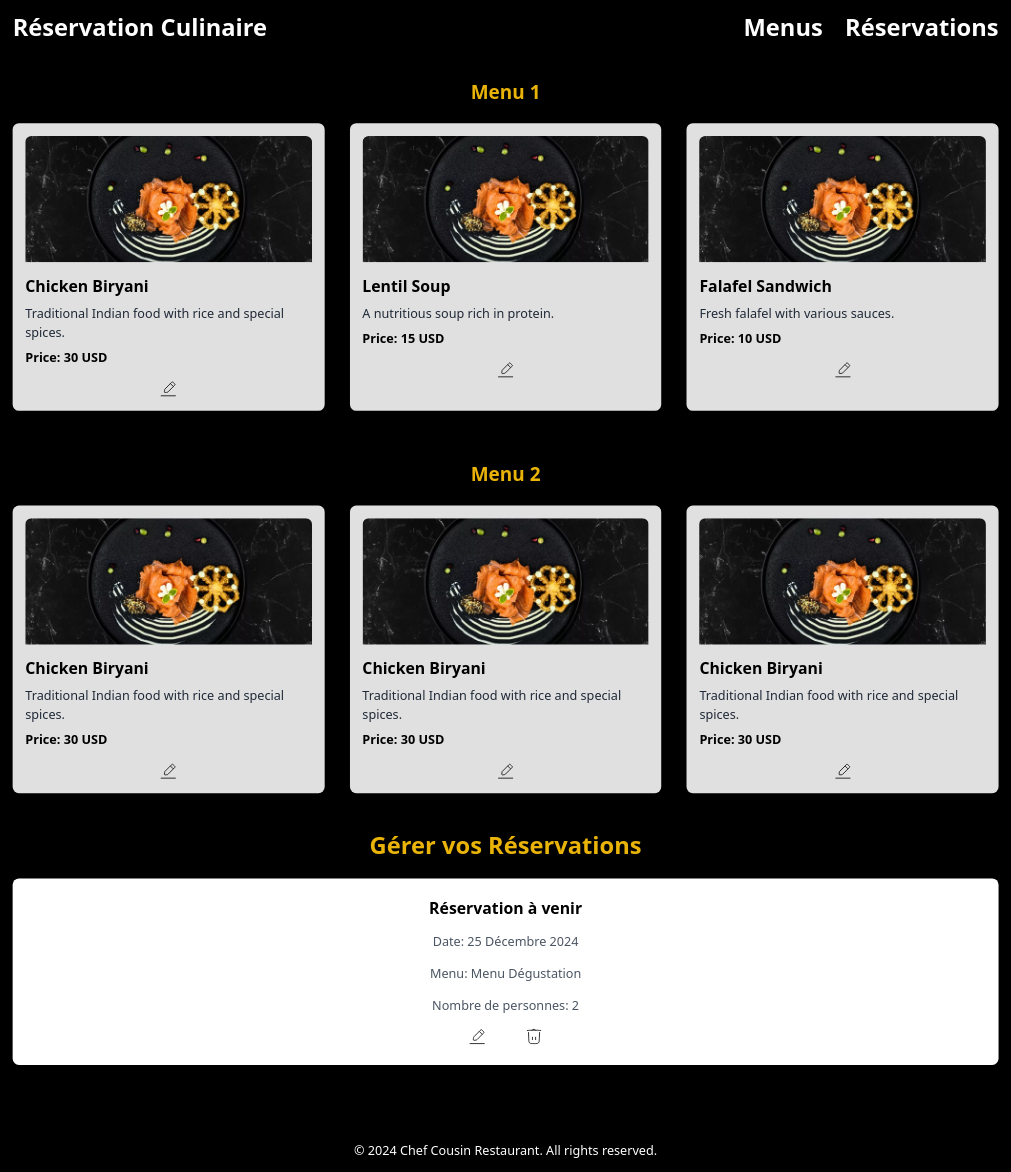
Repository: HamzaChehlaoui/Site-Web-pour-un-Chef-Cuisinier
Page: http://localhost/menuutil.php
The author's editor kept a copy of each file at every save. The page is drawn from the files as they stood at one save, then again after the next save.
The browser window is 1280 px wide. The pictures show the whole page, at 79% of full size.
Some web libraries are served in a nearby version. The page is run by PHP 8.4 with error messages shown; the project is at /var/www/html/.

Above is the page before, as saved 2024-12-18 17:07:05.

### menuutil.php
<!DOCTYPE html>
<html lang="fr">
<head>
    <meta charset="UTF-8">
    <meta name="viewport" content="width=device-width, initial-scale=1.0">
    <title>Réservation d'Expérience Culinaire</title>
    <script src="https://cdn.tailwindcss.com"></script></head>
<body class="bg-black font-sans">

    <!-- Navbar -->
    <header class="bg-black text-white p-4">
        <div class="max-w-7xl mx-auto flex justify-between items-center">
            <h1 class="text-3xl font-bold ">Réservation Culinaire</h1>
            <nav class="space-x-6">
                <a href="#menus" class="hover:text-gray-300 text-3xl font-bold">Menus</a>
                <a href="#reservations" class="hover:text-gray-300 text-3xl font-bold">Réservations</a>
            </nav>
        </div>
    </header>

    <!-- Menu Section -->
    <section class="py-8">
        <div class="container mx-auto px-4">
            <h2 class="text-2xl font-semibold mb-6 text-center text-yellow-500">Menu 1</h2>
            <div class="grid grid-cols-1 sm:grid-cols-2 lg:grid-cols-3 gap-8">
                <!-- Dish 1 -->
                <div class="bg-[#E0E0E0] p-4 rounded-lg shadow-lg hover:shadow-xl hover:bg-[#E0E0E0] transition duration-300">
                    <img src="zalmbloem-met-roomkaas_hr-4.webp" alt="Dish 1" class="w-full h-40 object-cover rounded-t-lg">
                    <h3 class="text-xl font-semibold mt-4 text-black">Chicken Biryani</h3>
                    <p class="text-gray-800 mt-2">Traditional Indian food with rice and special spices.</p>
                    <p class="mt-2 font-bold text-black">Price: 30 USD</p>
                      <!-- Edit and Delete buttons -->
                    <div class="mt-4 flex justify-center">
                    <svg width="24" height="24" viewBox="0 0 24 24" fill="none" xmlns="http://www.w3.org/2000/svg">
                    <path d="M15.7734 4.42255L8.01924 12.2706C7.79291 12.4996 7.67974 12.6142 7.60917 12.7552C7.53859 12.8961 7.51521 13.0544 7.46845 13.3709L7.30803 14.4566C7.12534 15.693 7.034 16.3112 7.40145 16.6645C7.7689 17.0178 8.39306 16.9118 9.64137 16.6999L10.7375 16.5139C11.0571 16.4596 11.2168 16.4325 11.3579 16.3593C11.499 16.2861 11.6121 16.1715 11.8385 15.9425L19.5927 8.09446C20.2553 7.42379 20.5866 7.08846 20.5814 6.67712C20.5761 6.26578 20.2363 5.93906 19.5566 5.28563L18.6209 4.38599C17.9412 3.73256 17.6014 3.40584 17.1844 3.4112C16.7674 3.41655 16.4361 3.75188 15.7734 4.42255Z" stroke="black" stroke-width="null" class="my-path"></path>
                    <path d="M18.3329 9.22206L14.7773 5.6665" stroke="black" stroke-width="null" class="my-path"></path>
                    <path d="M21 21H3" stroke="black" stroke-width="null" stroke-linecap="round" class="my-path"></path>
                    </svg>

                    </div>
                </div>
                <!-- Dish 2 -->
                <div class="bg-[#E0E0E0] p-4 rounded-lg shadow-lg hover:shadow-xl hover:bg-[#E0E0E0] transition duration-300">
                    <img src="zalmbloem-met-roomkaas_hr-4.webp" alt="Dish 2" class="w-full h-40 object-cover rounded-t-lg">
                    <h3 class="text-xl font-semibold mt-4 text-black">Lentil Soup</h3>
                    <p class="text-gray-800 mt-2">A nutritious soup rich in protein.</p>
                    <p class="mt-2 font-bold text-black">Price: 15 USD</p>
                      <!-- Edit and Delete buttons -->
                    <div class="mt-4 flex justify-center">
                    <svg width="24" height="24" viewBox="0 0 24 24" fill="none" xmlns="http://www.w3.org/2000/svg">
                    <path d="M15.7734 4.42255L8.01924 12.2706C7.79291 12.4996 7.67974 12.6142 7.60917 12.7552C7.53859 12.8961 7.51521 13.0544 7.46845 13.3709L7.30803 14.4566C7.12534 15.693 7.034 16.3112 7.40145 16.6645C7.7689 17.0178 8.39306 16.9118 9.64137 16.6999L10.7375 16.5139C11.0571 16.4596 11.2168 16.4325 11.3579 16.3593C11.499 16.2861 11.6121 16.1715 11.8385 15.9425L19.5927 8.09446C20.2553 7.42379 20.5866 7.08846 20.5814 6.67712C20.5761 6.26578 20.2363 5.93906 19.5566 5.28563L18.6209 4.38599C17.9412 3.73256 17.6014 3.40584 17.1844 3.4112C16.7674 3.41655 16.4361 3.75188 15.7734 4.42255Z" stroke="black" stroke-width="null" class="my-path"></path>
                    <path d="M18.3329 9.22206L14.7773 5.6665" stroke="black" stroke-width="null" class="my-path"></path>
                    <path d="M21 21H3" stroke="black" stroke-width="null" stroke-linecap="round" class="my-path"></path>
                    </svg>

                    </div>
                </div>
                <!-- Dish 3 -->
                <div class="bg-[#E0E0E0] p-4 rounded-lg shadow-lg hover:shadow-xl hover:bg-[#E0E0E0] transition duration-300">
                    <img src="zalmbloem-met-roomkaas_hr-4.webp" alt="Dish 3" class="w-full h-40 object-cover rounded-t-lg">
                    <h3 class="text-xl font-semibold mt-4 text-black">Falafel Sandwich</h3>
                    <p class="text-gray-800 mt-2">Fresh falafel with various sauces.</p>
                    <p class="mt-2 font-bold text-black">Price: 10 USD</p>
                       <!-- Edit and Delete buttons -->
                    <div class="mt-4 flex justify-center">
                        <!-- edit  -->
                    <svg width="24" height="24" viewBox="0 0 24 24" fill="none" xmlns="http://www.w3.org/2000/svg">
                    <path d="M15.7734 4.42255L8.01924 12.2706C7.79291 12.4996 7.67974 12.6142 7.60917 12.7552C7.53859 12.8961 7.51521 13.0544 7.46845 13.3709L7.30803 14.4566C7.12534 15.693 7.034 16.3112 7.40145 16.6645C7.7689 17.0178 8.39306 16.9118 9.64137 16.6999L10.7375 16.5139C11.0571 16.4596 11.2168 16.4325 11.3579 16.3593C11.499 16.2861 11.6121 16.1715 11.8385 15.9425L19.5927 8.09446C20.2553 7.42379 20.5866 7.08846 20.5814 6.67712C20.5761 6.26578 20.2363 5.93906 19.5566 5.28563L18.6209 4.38599C17.9412 3.73256 17.6014 3.40584 17.1844 3.4112C16.7674 3.41655 16.4361 3.75188 15.7734 4.42255Z" stroke="black" stroke-width="null" class="my-path"></path>
                    <path d="M18.3329 9.22206L14.7773 5.6665" stroke="black" stroke-width="null" class="my-path"></path>
                    <path d="M21 21H3" stroke="black" stroke-width="null" stroke-linecap="round" class="my-path"></path>
                    </svg>
                    </div>
                </div>
                </div>
            </div>
        </div>
         <!-- /* From Uiverse.io by OnCloud125252 */  -->

    </section>
    <section class="py-8">
        <div class="container mx-auto px-4">
            <h2 class="text-2xl font-semibold mb-6 text-center text-yellow-500">Menu 2</h2>
            <div class="grid grid-cols-1 sm:grid-cols-2 lg:grid-cols-3 gap-8">
                <!-- Repeat the dishes here with Edit and Delete buttons -->
                <div class="bg-[#E0E0E0] p-4 rounded-lg shadow-lg hover:shadow-xl hover:bg-[#E0E0E0] transition duration-300">
                    <img src="zalmbloem-met-roomkaas_hr-4.webp" alt="Dish 1" class="w-full h-40 object-cover rounded-t-lg">
                    <h3 class="text-xl font-semibold mt-4 text-black">Chicken Biryani</h3>
                    <p class="text-gray-800 mt-2">Traditional Indian food with rice and special spices.</p>
                    <p class="mt-2 font-bold text-black">Price: 30 USD</p>
                      <!-- Edit and Delete buttons -->
                    <div class="mt-4 flex justify-center">
                        <!-- edit  -->
                    <svg width="24" height="24" viewBox="0 0 24 24" fill="none" xmlns="http://www.w3.org/2000/svg">
                    <path d="M15.7734 4.42255L8.01924 12.2706C7.79291 12.4996 7.67974 12.6142 7.60917 12.7552C7.53859 12.8961 7.51521 13.0544 7.46845 13.3709L7.30803 14.4566C7.12534 15.693 7.034 16.3112 7.40145 16.6645C7.7689 17.0178 8.39306 16.9118 9.64137 16.6999L10.7375 16.5139C11.0571 16.4596 11.2168 16.4325 11.3579 16.3593C11.499 16.2861 11.6121 16.1715 11.8385 15.9425L19.5927 8.09446C20.2553 7.42379 20.5866 7.08846 20.5814 6.67712C20.5761 6.26578 20.2363 5.93906 19.5566 5.28563L18.6209 4.38599C17.9412 3.73256 17.6014 3.40584 17.1844 3.4112C16.7674 3.41655 16.4361 3.75188 15.7734 4.42255Z" stroke="black" stroke-width="null" class="my-path"></path>
                    <path d="M18.3329 9.22206L14.7773 5.6665" stroke="black" stroke-width="null" class="my-path"></path>
                    <path d="M21 21H3" stroke="black" stroke-width="null" stroke-linecap="round" class="my-path"></path>
                    </svg>

                    </div>
                </div>
                <!-- Dish 1 -->
                <div class="bg-[#E0E0E0] p-4 rounded-lg shadow-lg hover:shadow-xl hover:bg-[#E0E0E0] transition duration-300">
                    <img src="zalmbloem-met-roomkaas_hr-4.webp" alt="Dish 1" class="w-full h-40 object-cover rounded-t-lg">
                    <h3 class="text-xl font-semibold mt-4 text-black">Chicken Biryani</h3>
                    <p class="text-gray-800 mt-2">Traditional Indian food with rice and special spices.</p>
                    <p class="mt-2 font-bold text-black">Price: 30 USD</p>
                      <!-- Edit and Delete buttons -->
                    <div class="mt-4 flex justify-center">
                    <svg width="24" height="24" viewBox="0 0 24 24" fill="none" xmlns="http://www.w3.org/2000/svg">
                    <path d="M15.7734 4.42255L8.01924 12.2706C7.79291 12.4996 7.67974 12.6142 7.60917 12.7552C7.53859 12.8961 7.51521 13.0544 7.46845 13.3709L7.30803 14.4566C7.12534 15.693 7.034 16.3112 7.40145 16.6645C7.7689 17.0178 8.39306 16.9118 9.64137 16.6999L10.7375 16.5139C11.0571 16.4596 11.2168 16.4325 11.3579 16.3593C11.499 16.2861 11.6121 16.1715 11.8385 15.9425L19.5927 8.09446C20.2553 7.42379 20.5866 7.08846 20.5814 6.67712C20.5761 6.26578 20.2363 5.93906 19.5566 5.28563L18.6209 4.38599C17.9412 3.73256 17.6014 3.40584 17.1844 3.4112C16.7674 3.41655 16.4361 3.75188 15.7734 4.42255Z" stroke="black" stroke-width="null" class="my-path"></path>
                    <path d="M18.3329 9.22206L14.7773 5.6665" stroke="black" stroke-width="null" class="my-path"></path>
                    <path d="M21 21H3" stroke="black" stroke-width="null" stroke-linecap="round" class="my-path"></path>
                    </svg>
                   </div>
                </div>
            <!-- Dish 1 -->
            <div class="bg-[#E0E0E0] p-4 rounded-lg shadow-lg hover:shadow-xl hover:bg-[#E0E0E0] transition duration-300">
                    <img src="zalmbloem-met-roomkaas_hr-4.webp" alt="Dish 1" class="w-full h-40 object-cover rounded-t-lg">
                    <h3 class="text-xl font-semibold mt-4 text-black">Chicken Biryani</h3>
                    <p class="text-gray-800 mt-2">Traditional Indian food with rice and special spices.</p>
                    <p class="mt-2 font-bold text-black">Price: 30 USD</p>
                      <!-- Edit and Delete buttons -->
                    <div class="mt-4 flex justify-center">
                    <svg width="24" height="24" viewBox="0 0 24 24" fill="none" xmlns="http://www.w3.org/2000/svg">
                    <path d="M15.7734 4.42255L8.01924 12.2706C7.79291 12.4996 7.67974 12.6142 7.60917 12.7552C7.53859 12.8961 7.51521 13.0544 7.46845 13.3709L7.30803 14.4566C7.12534 15.693 7.034 16.3112 7.40145 16.6645C7.7689 17.0178 8.39306 16.9118 9.64137 16.6999L10.7375 16.5139C11.0571 16.4596 11.2168 16.4325 11.3579 16.3593C11.499 16.2861 11.6121 16.1715 11.8385 15.9425L19.5927 8.09446C20.2553 7.42379 20.5866 7.08846 20.5814 6.67712C20.5761 6.26578 20.2363 5.93906 19.5566 5.28563L18.6209 4.38599C17.9412 3.73256 17.6014 3.40584 17.1844 3.4112C16.7674 3.41655 16.4361 3.75188 15.7734 4.42255Z" stroke="black" stroke-width="null" class="my-path"></path>
                    <path d="M18.3329 9.22206L14.7773 5.6665" stroke="black" stroke-width="null" class="my-path"></path>
                    <path d="M21 21H3" stroke="black" stroke-width="null" stroke-linecap="round" class="my-path"></path>
                    </svg>
                   </div>
                </div>
            </div>
    <!-- Reservation Section -->
    <section id="reservations" class="py-12 bg-black">
        <div class="max-w-7xl mx-auto text-center">
            <h2 class="text-3xl font-bold mb-6 text-yellow-500">Gérer vos Réservations</h2>

            <div class="bg-white p-6 rounded-lg shadow-md">
                <h3 class="text-xl font-semibold mb-4">Réservation à venir</h3>
                <p class="text-gray-600 mb-4">Date: 25 Décembre 2024</p>
                <p class="text-gray-600 mb-4">Menu: Menu Dégustation</p>
                <p class="text-gray-600 mb-4">Nombre de personnes: 2</p>
                 <!-- Edit and Delete buttons -->
                 <div class="mt-4 flex justify-center gap-[3rem]">
                    <svg width="24" height="24" viewBox="0 0 24 24" fill="none" xmlns="http://www.w3.org/2000/svg">
                    <path d="M15.7734 4.42255L8.01924 12.2706C7.79291 12.4996 7.67974 12.6142 7.60917 12.7552C7.53859 12.8961 7.51521 13.0544 7.46845 13.3709L7.30803 14.4566C7.12534 15.693 7.034 16.3112 7.40145 16.6645C7.7689 17.0178 8.39306 16.9118 9.64137 16.6999L10.7375 16.5139C11.0571 16.4596 11.2168 16.4325 11.3579 16.3593C11.499 16.2861 11.6121 16.1715 11.8385 15.9425L19.5927 8.09446C20.2553 7.42379 20.5866 7.08846 20.5814 6.67712C20.5761 6.26578 20.2363 5.93906 19.5566 5.28563L18.6209 4.38599C17.9412 3.73256 17.6014 3.40584 17.1844 3.4112C16.7674 3.41655 16.4361 3.75188 15.7734 4.42255Z" stroke="black" stroke-width="null" class="my-path"></path>
                    <path d="M18.3329 9.22206L14.7773 5.6665" stroke="black" stroke-width="null" class="my-path"></path>
                    <path d="M21 21H3" stroke="black" stroke-width="null" stroke-linecap="round" class="my-path"></path>
                    </svg>
                    <!-- delete  -->
                    <svg width="24" height="24" viewBox="0 0 24 24" fill="none" xmlns="http://www.w3.org/2000/svg">
                    <path d="M5 7L5.29949 14.7868C5.41251 17.7252 5.46902 19.1944 6.40719 20.0972C7.34537 21 8.81543 21 11.7555 21H12.2433C15.1842 21 16.6547 21 17.5928 20.0972C18.531 19.1944 18.5875 17.7252 18.7006 14.7868L19 7" stroke="black" stroke-width="null" stroke-linecap="round" class="my-path"></path>
                    <path d="M10 13V16" stroke="black" stroke-width="null" stroke-linecap="round" class="my-path"></path>
                    <path d="M14 13V16" stroke="black" stroke-width="null" stroke-linecap="round" class="my-path"></path>
                    <path d="M20.4706 4.43329C18.6468 4.27371 17.735 4.19392 16.8229 4.13611C13.6109 3.93249 10.3891 3.93249 7.17707 4.13611C6.26506 4.19392 5.35318 4.27371 3.52942 4.43329" stroke="black" stroke-width="null" stroke-linecap="round" class="my-path"></path>
                    <path d="M13.7647 3.95212C13.7647 3.95212 13.3993 2.98339 11.6471 2.9834C9.8949 2.9834 9.52942 3.95211 9.52942 3.95211" stroke="black" stroke-width="null" stroke-linecap="round" class="my-path"></path>
                    </svg>  </div>
                </div> </div>
        </div>
    </section>

    <!-- Footer -->
    <footer class="bg-black text-white py-4">
        <div class="container mx-auto text-center">
            <p>&copy; 2024 Chef Cousin Restaurant. All rights reserved.</p>
        </div>
    </footer>

</body>
</html>

After the next save:
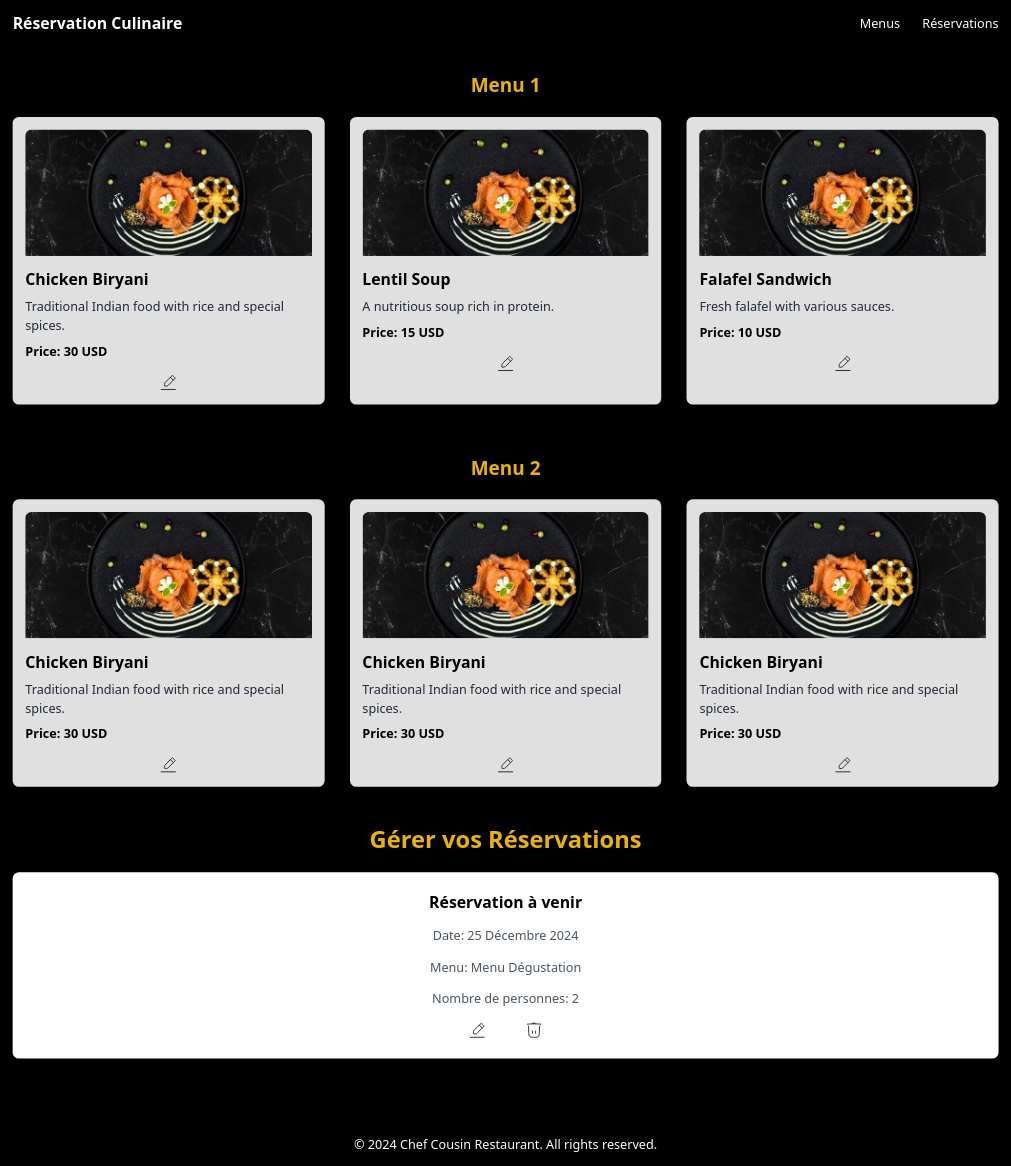
Saved 26 s later.
--- a/menuutil.php
+++ b/menuutil.php
@@ -10,10 +10,10 @@
     <!-- Navbar -->
     <header class="bg-black text-white p-4">
         <div class="max-w-7xl mx-auto flex justify-between items-center">
-            <h1 class="text-3xl font-bold ">Réservation Culinaire</h1>
+            <h1 class="text-xl font-semibold">Réservation Culinaire</h1>
             <nav class="space-x-6">
-                <a href="#menus" class="hover:text-gray-300 text-3xl font-bold">Menus</a>
-                <a href="#reservations" class="hover:text-gray-300 text-3xl font-bold">Réservations</a>
+                <a href="#menus" class="hover:text-gray-300">Menus</a>
+                <a href="#reservations" class="hover:text-gray-300">Réservations</a>
             </nav>
         </div>
     </header>
